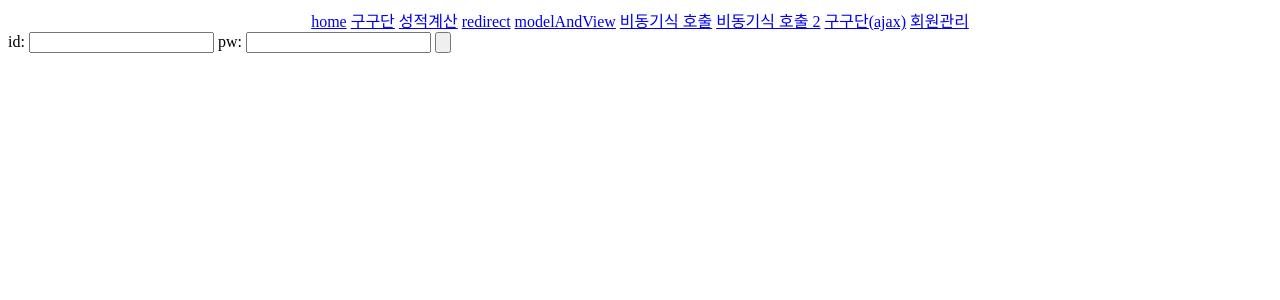
Repository: junhyeoksin/spring_program
Page: http://localhost/springProgram/login.do
These files come from the project's save history. The page is drawn as it stood at one moment and after the next save; the edit follows.
The browser window is 1280 px wide. The pictures show the whole page.
The page is served by Tomcat 9.

Above is the page before, as saved 2022-01-08 03:21:32.

After the next save:
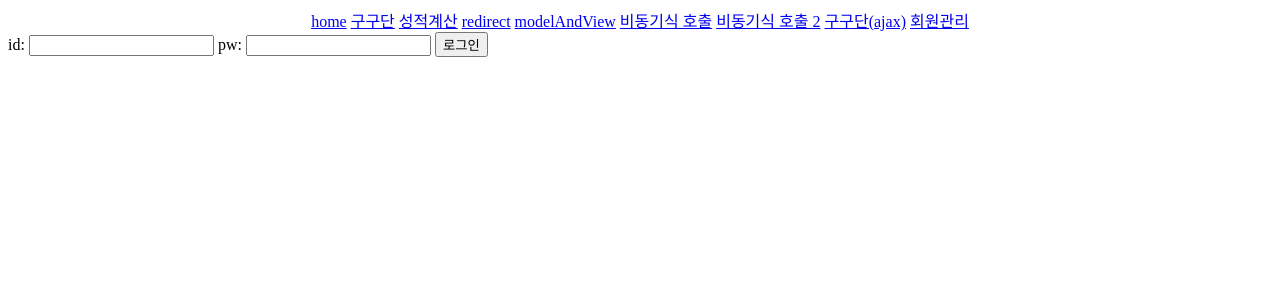
Saved 19 s later.
--- a/springProgram/src/main/webapp/WEB-INF/views/test/login.jsp
+++ b/springProgram/src/main/webapp/WEB-INF/views/test/login.jsp
@@ -10,6 +10,6 @@
 <%@ include file="../include/menu.jsp"%>
 id: <input type= "text" id = "id">
 pw: <input type = "password" id = "pw">
-<input type = "button" id = "btn_login"
+<input type = "button" id = "btn_login" value = "로그인">
 </body>
 </html>
